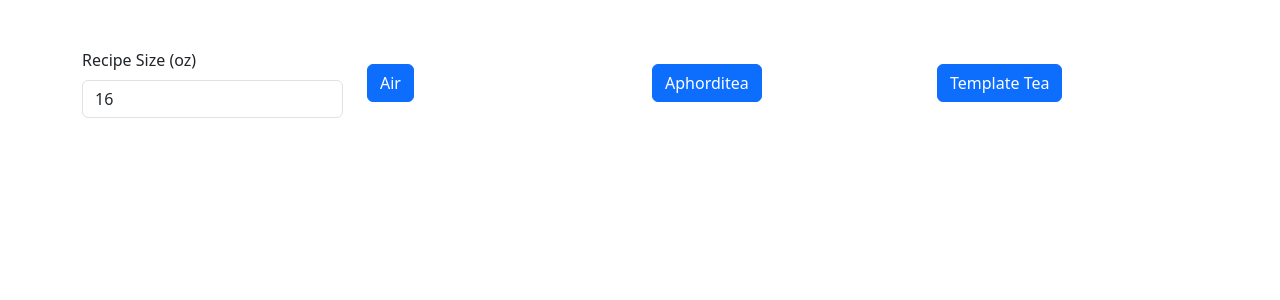
Repository: ChaidGPT/CKBatchHelper
Page: index.html
The author's editor kept a copy of each file at every save. The page is drawn from the files as they stood at one save, then again after the next save.
The browser window is 1280 px wide. The pictures show the whole page.

Above is the page before, as saved 2023-06-27 12:26:39.

### index.html
<!DOCTYPE html>
<html lang="en">

<head>
  <meta charset="UTF-8">
  <meta name="viewport" content="width=device-width, initial-scale=1.0">
  <title>Your One-Page Website</title>
  <!-- Bootstrap CSS -->
  <link href="https://cdn.jsdelivr.net/npm/bootstrap@5.3.0/dist/css/bootstrap.min.css" rel="stylesheet"
    integrity="sha384-9ndCyUaIbzAi2FUVXJi0CjmCapSmO7SnpJef0486qhLnuZ2cdeRhO02iuK6FUUVM" crossorigin="anonymous">
</head>

<body>
  <!-- Main content -->
  <main>
    <section id="section1" class="py-5">
      <div class="container">
        <div class="row">
          <div class="col-lg-3">
            <!-- Recipe Size Field -->
            <div class="mb-3">
              <label for="recipeSize" class="form-label">Recipe Size (oz)</label>
              <input type="number" class="form-control" id="recipeSize" value="16">
            </div>
          </div>
          <div class="col-lg-3">
            <!-- Air Tea Button -->
            <button class="btn btn-primary mt-3" type="button" data-bs-toggle="collapse"
              data-bs-target="#airCollapse" aria-expanded="false" aria-controls="airCollapse">
              Air
            </button>
            <div class="collapse mt-3" id="airCollapse">
              <div class="card card-body">
                <table class="table">
                  <thead>
                    <tr>
                      <th>Ingredient</th>
                      <th>Quantity (oz)</th>
                    </tr>
                  </thead>
                  <tbody>
                    <tr>
                      <td>Dandelion Leaf</td>
                      <td class="ingredientQty" data-ingredient="dandelionLeaf" data-base-quantity="4">4</td>
                    </tr>
                    <tr>
                      <td>Borage</td>
                      <td class="ingredientQty" data-ingredient="borage" data-base-quantity="3">3</td>
                    </tr>
                    <tr>
                      <td>Peppermint Leaf</td>
                      <td class="ingredientQty" data-ingredient="peppermintLeaf" data-base-quantity="3">3</td>
                    </tr>
                    <tr>
                      <td>Lavender</td>
                      <td class="ingredientQty" data-ingredient="lavender" data-base-quantity="1">1</td>
                    </tr>
                    <tr>
                      <td>Lemongrass</td>
                      <td class="ingredientQty" data-ingredient="lemongrass" data-base-quantity="3">3</td>
                    </tr>
                    <tr>
                      <td>Honeysuckle</td>
                      <td class="ingredientQty" data-ingredient="honeysuckle" data-base-quantity="2">2</td>
                    </tr>
                  </tbody>
                </table>
              </div>
            </div>
          </div>
          <div class="col-lg-3">
            <!-- Aphorditea Tea Button -->
            <button class="btn btn-primary mt-3" type="button" data-bs-toggle="collapse"
              data-bs-target="#aphorditeaCollapse" aria-expanded="false" aria-controls="aphorditeaCollapse">
              Aphorditea
            </button>
            <div class="collapse mt-3" id="aphorditeaCollapse">
              <div class="card card-body">
                <table class="table">
                  <thead>
                    <tr>
                      <th>Ingredient</th>
                      <th>Quantity (oz)</th>
                    </tr>
                  </thead>
                  <tbody>
                    <tr>
                      <td>Dehydrated Apples</td>
                      <td class="ingredientQty" data-ingredient="dehydratedApples" data-base-quantity="3">3</td>
                    </tr>
                    <tr>
                      <td>Rose Petals</td>
                      <td class="ingredientQty" data-ingredient="rosePetals" data-base-quantity="4">4</td>
                    </tr>
                    <tr>
                      <td>Rosehips</td>
                      <td class="ingredientQty" data-ingredient="rosehips" data-base-quantity="3">3</td>
                    </tr>
                    <tr>
                      <td>Linden</td>
                      <td class="ingredientQty" data-ingredient="linden" data-base-quantity="2">2</td>
                    </tr>
                    <tr>
                      <td>Oregano</td>
                      <td class="ingredientQty" data-ingredient="oregano" data-base-quantity="1">1</td>
                    </tr>
                    <tr>
                      <td>Hawthorn Berries</td>
                      <td class="ingredientQty" data-ingredient="hawthornBerries" data-base-quantity="3">3</td>
                    </tr>
                  </tbody>
                </table>
              </div>
            </div>
          </div>
          <div class="col-lg-3">
            <!-- Template Tea Button -->
            <button class="btn btn-primary mt-3" type="button" data-bs-toggle="collapse"
              data-bs-target="#templateCollapse" aria-expanded="false" aria-controls="templateCollapse">
              Template Tea
            </button>
            <div class="collapse mt-3" id="templateCollapse">
              <div class="card card-body">
                <table class="table">
                  <thead>
                    <tr>
                      <th>Ingredient</th>
                      <th>Quantity (oz)</th>
                    </tr>
                  </thead>
                  <tbody>
                    <tr>
                      <td>Ingredient 1</td>
                      <td class="ingredientQty" data-ingredient="ingredient1" data-base-quantity="0">0</td>
                    </tr>
                    <tr>
                      <td>Ingredient 2</td>
                      <td class="ingredientQty" data-ingredient="ingredient2" data-base-quantity="0">0</td>
                    </tr>
                    <tr>
                      <td>Ingredient 3</td>
                      <td class="ingredientQty" data-ingredient="ingredient3" data-base-quantity="0">0</td>
                    </tr>
                    <tr>
                      <td>Ingredient 4</td>
                      <td class="ingredientQty" data-ingredient="ingredient4" data-base-quantity="0">0</td>
                    </tr>
                    <tr>
                      <td>Ingredient 5</td>
                      <td class="ingredientQty" data-ingredient="ingredient5" data-base-quantity="0">0</td>
                    </tr>
                    <tr>
                      <td>Ingredient 6</td>
                      <td class="ingredientQty" data-ingredient="ingredient6" data-base-quantity="0">0</td>
                    </tr>
                  </tbody>
                </table>
              </div>
            </div>
          </div>
        </div>
      </div>
    </section>
  </main>

  <!-- Bootstrap JS -->
  <script src="https://cdn.jsdelivr.net/npm/bootstrap@5.3.0/dist/js/bootstrap.bundle.min.js"
    integrity="sha384-geWF76RCwLtnZ8qwWowPQNguL3RmwHVBC9FhGdlKrxdiJJigb/j/68SIy3Te4Bkz" crossorigin="anonymous"></script>

  <script>
    // Update ingredient quantities based on recipe size
    function updateIngredientQuantities(recipeSize) {
      const ingredientQtyElements = document.getElementsByClassName('ingredientQty');

      for (let i = 0; i < ingredientQtyElements.length; i++) {
        const ingredientQtyElement = ingredientQtyElements[i];
        const baseQuantity = parseFloat(ingredientQtyElement.dataset.baseQuantity);
        const newQuantity = baseQuantity * (recipeSize / 16);
        ingredientQtyElement.innerText = newQuantity.toFixed(1);
      }
    }

    // Event listener for recipe size change
    const recipeSizeInput = document.getElementById('recipeSize');
    recipeSizeInput.addEventListener('input', function () {
      const recipeSize = parseFloat(this.value);
      updateIngredientQuantities(recipeSize);
    });
  </script>
</body>

</html>

After the next save:
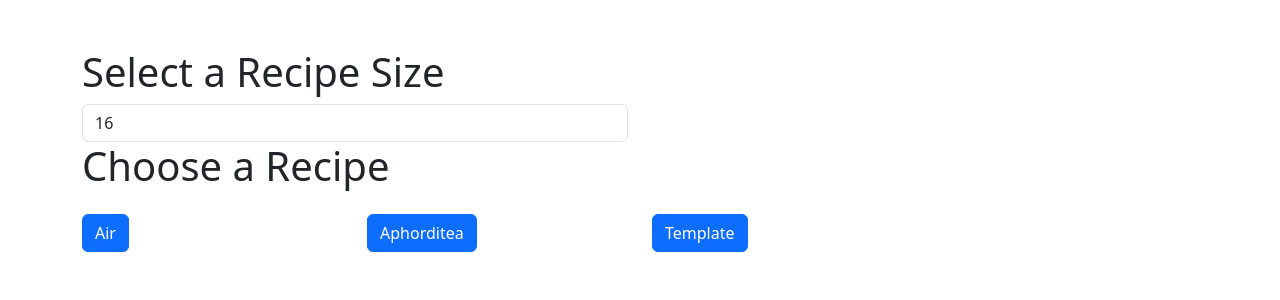
Saved 3 min 24 s later.
--- a/index.html
+++ b/index.html
@@ -15,14 +15,15 @@
   <main>
     <section id="section1" class="py-5">
       <div class="container">
+        <h1>Select a Recipe Size</h1>
         <div class="row">
-          <div class="col-lg-3">
-            <!-- Recipe Size Field -->
-            <div class="mb-3">
-              <label for="recipeSize" class="form-label">Recipe Size (oz)</label>
-              <input type="number" class="form-control" id="recipeSize" value="16">
-            </div>
+          <div class="col-lg-6">
+            <input type="number" id="recipeSize" class="form-control" value="16" min="1">
           </div>
+        </div>
+
+        <h1>Choose a Recipe</h1>
+        <div class="row">
           <div class="col-lg-3">
             <!-- Air Tea Button -->
             <button class="btn btn-primary mt-3" type="button" data-bs-toggle="collapse"
@@ -117,7 +118,7 @@
             <!-- Template Tea Button -->
             <button class="btn btn-primary mt-3" type="button" data-bs-toggle="collapse"
               data-bs-target="#templateCollapse" aria-expanded="false" aria-controls="templateCollapse">
-              Template Tea
+              Template
             </button>
             <div class="collapse mt-3" id="templateCollapse">
               <div class="card card-body">
@@ -159,6 +160,7 @@
             </div>
           </div>
         </div>
+
       </div>
     </section>
   </main>
@@ -169,23 +171,26 @@
 
   <script>
     // Update ingredient quantities based on recipe size
-    function updateIngredientQuantities(recipeSize) {
+    function updateIngredientQuantities() {
+      const recipeSize = parseInt(document.getElementById('recipeSize').value);
+
+      // Get all ingredient quantity elements
       const ingredientQtyElements = document.getElementsByClassName('ingredientQty');
 
+      // Loop through each ingredient quantity element and update the displayed quantity
       for (let i = 0; i < ingredientQtyElements.length; i++) {
-        const ingredientQtyElement = ingredientQtyElements[i];
-        const baseQuantity = parseFloat(ingredientQtyElement.dataset.baseQuantity);
-        const newQuantity = baseQuantity * (recipeSize / 16);
-        ingredientQtyElement.innerText = newQuantity.toFixed(1);
+        const element = ingredientQtyElements[i];
+        const baseQuantity = parseFloat(element.dataset.baseQuantity);
+        const newQuantity = baseQuantity * (recipeSize / 16); // Adjust the quantity based on the ratio of recipe sizes
+        element.textContent = newQuantity.toFixed(2);
       }
     }
 
-    // Event listener for recipe size change
-    const recipeSizeInput = document.getElementById('recipeSize');
-    recipeSizeInput.addEventListener('input', function () {
-      const recipeSize = parseFloat(this.value);
-      updateIngredientQuantities(recipeSize);
-    });
+    // Add event listener to recipe size input
+    document.getElementById('recipeSize').addEventListener('input', updateIngredientQuantities);
+
+    // Call the function initially to update the ingredient quantities
+    updateIngredientQuantities();
   </script>
 </body>
 
